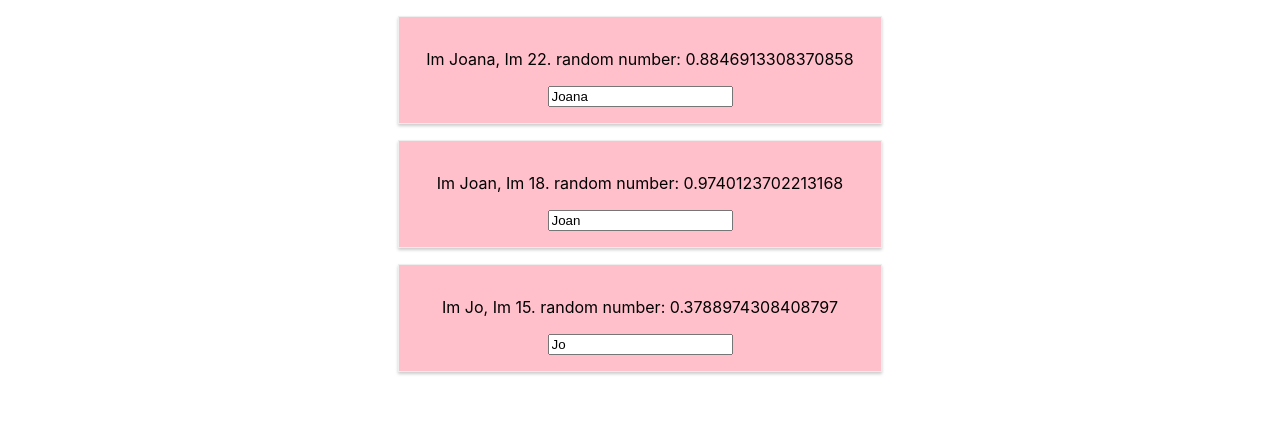
Repository: LironBlum/reactFirstApp
Page: /
The author's editor kept a copy of each file at every save. The page is drawn from the files as they stood at one save, then again after a run of saves.
The browser window is 1280 px wide. The pictures show the whole page.
The project was rebuilt for these pictures with package versions that can differ from the ones it lists, and the page was loaded fresh each time. Also part of the build but not shown: src/components/ErrorBoundary/ErrorBoundary.jsx.

Above is the page before, as saved 2020-09-20 18:26:56.

After the next 5 saves:
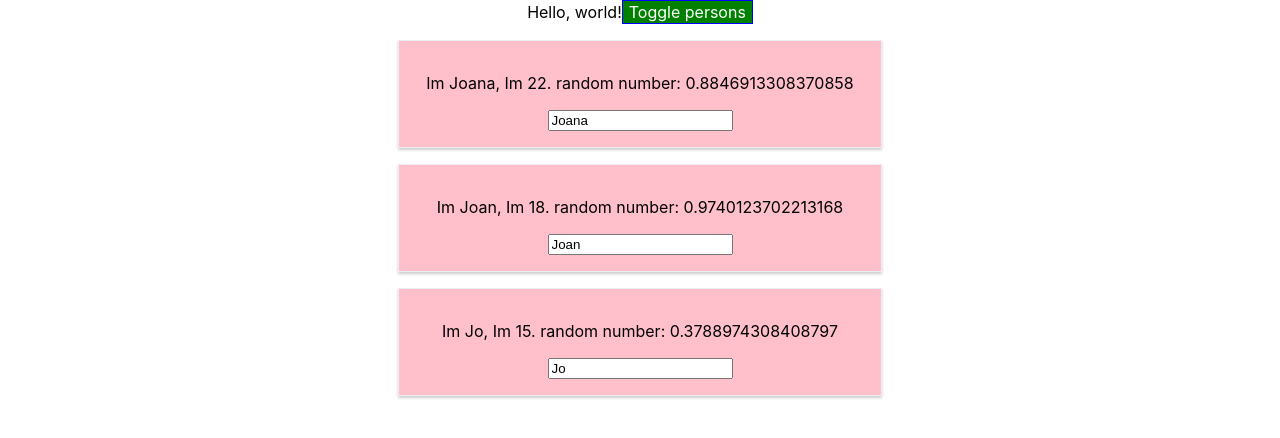
The 5 saves are shown as one change because 4 did not build or start.
The last was saved 5 min 5 s later.
--- a/src/containers/App.js
+++ b/src/containers/App.js
@@ -70,7 +70,8 @@ class App extends Component {
 
     return (
       <div className="App">
-
+        <Cockpit
+          persons={this.state.persons} />
         {persons}
       </div>
 
--- a/src/components/Cockpit/Cockpit.jsx
+++ b/src/components/Cockpit/Cockpit.jsx
@@ -16,17 +16,17 @@ const StyledButten = styled.button`
 `;
 const cockpit = props => {
   const classes = [];
-  if (this.state.persons.length <= 2) {
+  if (props.persons.length <= 2) {
     classes.push("red");
   }
-  if (this.state.persons.length <= 1) {
+  if (props.persons.length <= 1) {
     classes.push("bold");
   }
   return (
     <div>
       <p1 className={classes.join(" ")}>Hello, world!</p1>
       <StyledButten
-        alt={props.state.showPersons}
+        alt={props.isShowPersons}
         onClick={props.togglePersonsHandler}
       >
         Toggle persons
